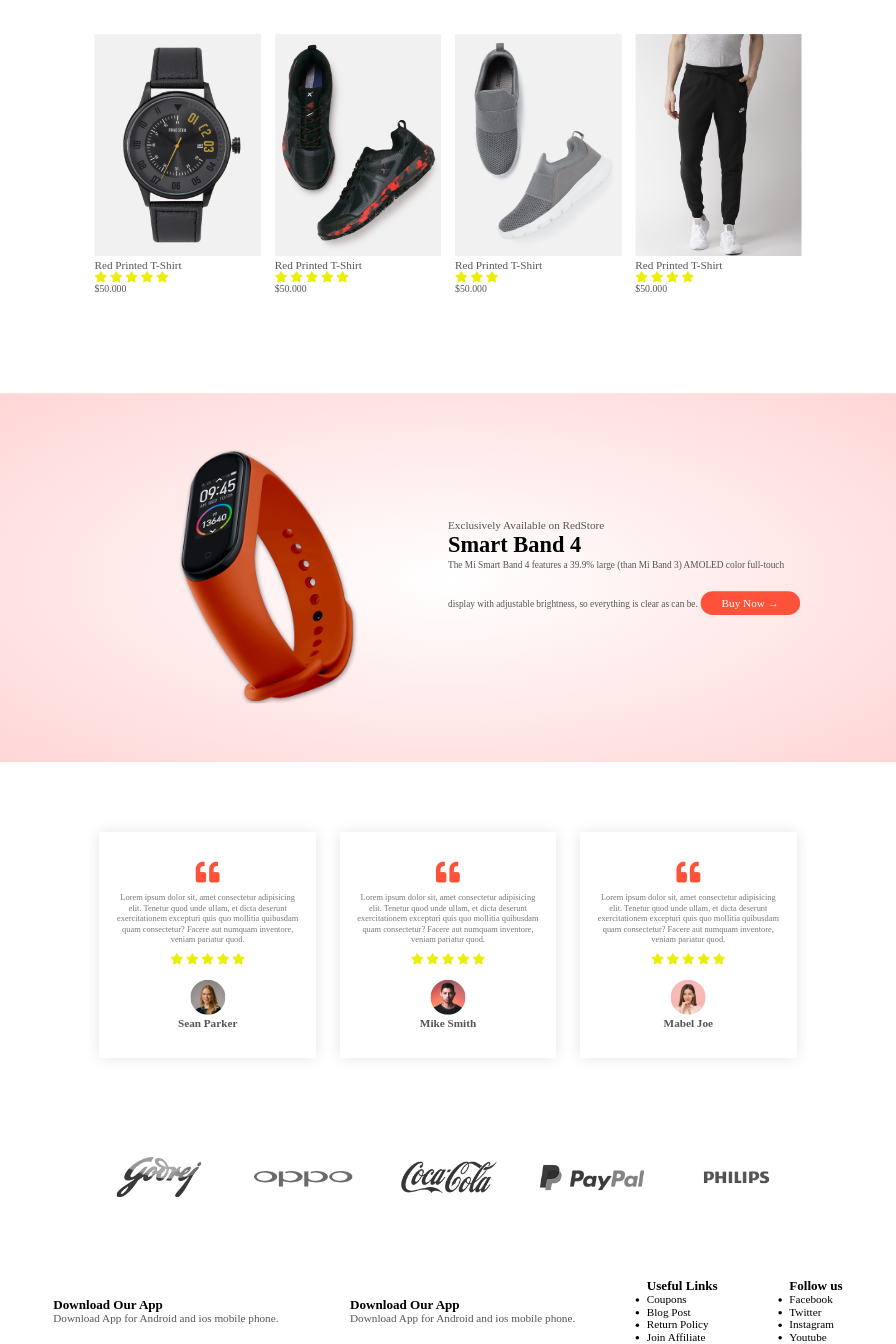
Repository: tuan21052000/Frontend
Page: index.html
The author's editor kept a copy of each file at every save. The page is drawn from the files as they stood at one save, then again after the next save.
The browser window is 1280 px wide. The pictures show the part of the page from y = 2424 to 4344 px (the page is 4344 px tall), at 70% of full size.

Above is the page before, as saved 2022-05-09 21:34:24.

### index.html
<!DOCTYPE html>
<html lang="en">
<head>
    <meta charset="UTF-8">
    <meta http-equiv="X-UA-Compatible" content="IE=edge">
    <meta name="viewport" content="width=device-width, initial-scale=1.0">
    <title>RedStore | Ecommerce Website Design</title>
    <link rel="stylesheet" href="style.css">
    <link href="https://fonts.googleapis.com/css2?family=Poppins:wght@300;400;500;600;700&display=swap" rel="stylesheet">
    <link rel="stylesheet" href="https://use.fontawesome.com/releases/v5.15.4/css/all.css" />
</head>
<body>
    <div class="header">


    <div class="container">
        <div class="navbar">
            <div class="logo">
                <img src="images/logo.png" width="125px">
            </div>
            <nav>
                <ul>
                    <li><a href="">Home</a></li>
                    <li><a href="">Products</a></li>
                    <li><a href="">About</a></li>
                    <li><a href="">Contact</a></li>
                    <li><a href="">Account</a></li>
                </ul>
            </nav>
            <img src="images/cart.png" width="30px" height="30px">
        </div>
        <div class="row">
            <div class="col-2">
                <h1>Give Your Workout <br>A New Style!</h1>
                <p>Success isn't always about greatness.It's about
                consistency. Consistent<br> hard work gains success. Greatness
                will come.
                </p>
                <a href="" class="btn">Explore Now &#8594;</a>
            </div>
            <div class="col-2">
              <img src="images/image1.png">
            </div>
        </div>
    </div>
</div>
<!-- -----Loại sản phẩm------- -->
   <div class="categories">
       <div class="small-container">
        <div class="row">
            <div class="col-3">
                <img src="images/category-1.jpg">
            </div>
            <div class="col-3">
             <img src="images/category-2.jpg">
         </div>
         <div class="col-3">
             <img src="images/category-3.jpg">
         </div>
        </div>
       </div>
   </div>
<!--    -------aaaa------------ -->
<div class="small-container">
    <h2 class="title">Featured Products</h2>
    <div class="row">
    <div class="col-4">
        <img src="images/product-1.jpg">
        <h4>Red Printed T-Shirt</h4>
        <div class="rating">
            <i class="fa fa-star"></i>
            <i class="fa fa-star"></i>
            <i class="fa fa-star"></i>
            <i class="fa fa-star"></i>
            <i class="fa fa-star"></i>
        </div>
        <p>$50.000</p>
    </div>
    <div class="col-4">
        <img src="images/product-2.jpg">
        <h4>Red Printed T-Shirt</h4>
        <div class="rating">
            <i class="fa fa-star"></i>
            <i class="fa fa-star"></i>
            <i class="fa fa-star"></i>
            <i class="fa fa-star"></i>
            <i class="fa fa-star"></i>
        </div>
        <p>$50.000</p>
    </div>
    <div class="col-4">
        <img src="images/product-3.jpg">
        <h4>Red Printed T-Shirt</h4>
        <div class="rating">
            <i class="fa fa-star"></i>
            <i class="fa fa-star"></i>
            <i class="fa fa-star"></i>
            <i class="fa fa-star-half-o"></i>
            <i class="fa fa-star-o"></i>
        </div>
        <p>$50.000</p>
    </div>
    <div class="col-4">
        <img src="images/product-4.jpg">
        <h4>Red Printed T-Shirt</h4>
        <div class="rating">
            <i class="fa fa-star"></i>
            <i class="fa fa-star"></i>
            <i class="fa fa-star"></i>
            <i class="fa fa-star"></i>
            <i class="fa fa-star-o"></i>
        </div>
        <p>$50.000</p>
    </div>
    </div>
    <h2 class="title">Latest Products</h2>
    <div class="row">
        <div class="col-4">
            <img src="images/product-5.jpg">
            <h4>Red Printed T-Shirt</h4>
            <div class="rating">
                <i class="fa fa-star"></i>
                <i class="fa fa-star"></i>
                <i class="fa fa-star"></i>
                <i class="fa fa-star"></i>
                <i class="fa fa-star"></i>
            </div>
            <p>$50.000</p>
        </div>
        <div class="col-4">
            <img src="images/product-6.jpg">
            <h4>Red Printed T-Shirt</h4>
            <div class="rating">
                <i class="fa fa-star"></i>
                <i class="fa fa-star"></i>
                <i class="fa fa-star"></i>
                <i class="fa fa-star"></i>
                <i class="fa fa-star"></i>
            </div>
            <p>$50.000</p>
        </div>
        <div class="col-4">
            <img src="images/product-7.jpg">
            <h4>Red Printed T-Shirt</h4>
            <div class="rating">
                <i class="fa fa-star"></i>
                <i class="fa fa-star"></i>
                <i class="fa fa-star"></i>
                <i class="fa fa-star-half-o"></i>
                <i class="fa fa-star-o"></i>
            </div>
            <p>$50.000</p>
        </div>
        <div class="col-4">
            <img src="images/product-8.jpg">
            <h4>Red Printed T-Shirt</h4>
            <div class="rating">
                <i class="fa fa-star"></i>
                <i class="fa fa-star"></i>
                <i class="fa fa-star"></i>
                <i class="fa fa-star"></i>
                <i class="fa fa-star-o"></i>
            </div>
            <p>$50.000</p>
        </div>
        </div>
        <div class="row">
            <div class="col-4">
                <img src="images/product-9.jpg">
                <h4>Red Printed T-Shirt</h4>
                <div class="rating">
                    <i class="fa fa-star"></i>
                    <i class="fa fa-star"></i>
                    <i class="fa fa-star"></i>
                    <i class="fa fa-star"></i>
                    <i class="fa fa-star"></i>
                </div>
                <p>$50.000</p>
            </div>
            <div class="col-4">
                <img src="images/product-10.jpg">
                <h4>Red Printed T-Shirt</h4>
                <div class="rating">
                    <i class="fa fa-star"></i>
                    <i class="fa fa-star"></i>
                    <i class="fa fa-star"></i>
                    <i class="fa fa-star"></i>
                    <i class="fa fa-star"></i>
                </div>
                <p>$50.000</p>
            </div>
            <div class="col-4">
                <img src="images/product-11.jpg">
                <h4>Red Printed T-Shirt</h4>
                <div class="rating">
                    <i class="fa fa-star"></i>
                    <i class="fa fa-star"></i>
                    <i class="fa fa-star"></i>
                    <i class="fa fa-star-half-o"></i>
                    <i class="fa fa-star-o"></i>
                </div>
                <p>$50.000</p>
            </div>
            <div class="col-4">
                <img src="images/product-12.jpg">
                <h4>Red Printed T-Shirt</h4>
                <div class="rating">
                    <i class="fa fa-star"></i>
                    <i class="fa fa-star"></i>
                    <i class="fa fa-star"></i>
                    <i class="fa fa-star"></i>
                    <i class="fa fa-star-o"></i>
                </div>
                <p>$50.000</p>
            </div>
        </div>
</div>
<!-- ----------offer------------- -->
<div class="offer">
    <div class="small-container">
        <div class="row">
            <div class="col-2">
                <img src="images/exclusive.png" class="offer-img">
            </div>
            <div class="col-2">
               <p>Exclusively Available on RedStore</p>
               <h1>Smart Band 4</h1>
               <small>The Mi Smart Band 4 features a 39.9% large
                   (than Mi Band 3) AMOLED color full-touch display with
                   adjustable brightness, so everything is clear as can
                   be.</small>
               <a href="" class="btn">Buy Now &#8594;</a>
            </div>
        </div>
    </div>
</div>
<!-- -----testi---- -->
       <div class="testimonial">
           <div class="small-container">
               <div class="row">
                   <div class="col-3">
                       <i class="fa fa-quote-left"></i>
                       <p>Lorem ipsum dolor sit, amet consectetur adipisicing elit.
                            Tenetur quod unde ullam, et dicta deserunt exercitationem
                            excepturi quis quo mollitia quibusdam quam consectetur? Facere aut numquam inventore, veniam pariatur quod.</p>
                            <div class="rating">
                                <i class="fa fa-star"></i>
                                <i class="fa fa-star"></i>
                                <i class="fa fa-star"></i>
                                <i class="fa fa-star"></i>
                                <i class="fa fa-star"></i>
                            </div>
                            <img src="images/user-1.png">
                            <h3>Sean Parker</h3>
                   </div>
                   <div class="col-3">
                    <i class="fa fa-quote-left"></i>
                    <p>Lorem ipsum dolor sit, amet consectetur adipisicing elit.
                         Tenetur quod unde ullam, et dicta deserunt exercitationem
                         excepturi quis quo mollitia quibusdam quam consectetur? Facere aut numquam inventore, veniam pariatur quod.</p>
                         <div class="rating">
                             <i class="fa fa-star"></i>
                             <i class="fa fa-star"></i>
                             <i class="fa fa-star"></i>
                             <i class="fa fa-star"></i>
                             <i class="fa fa-star"></i>
                         </div>
                         <img src="images/user-2.png">
                         <h3>Mike Smith</h3>
                </div>
                <div class="col-3">
                    <i class="fa fa-quote-left"></i>
                    <p>Lorem ipsum dolor sit, amet consectetur adipisicing elit.
                         Tenetur quod unde ullam, et dicta deserunt exercitationem
                         excepturi quis quo mollitia quibusdam quam consectetur? Facere aut numquam inventore, veniam pariatur quod.</p>
                         <div class="rating">
                             <i class="fa fa-star"></i>
                             <i class="fa fa-star"></i>
                             <i class="fa fa-star"></i>
                             <i class="fa fa-star"></i>
                             <i class="fa fa-star"></i>
                         </div>
                         <img src="images/user-3.png">
                         <h3>Mabel Joe</h3>
                </div>
               </div>
           </div>
       </div>
<!-- ---------------brands-------------- -->
    <div class="brands">
        <div class="small-container">
            <div class="row">
                <div class="col-5">
                    <img src="images/logo-godrej.png">
                </div>
                <div class="col-5">
                    <img src="images/logo-oppo.png">
                </div>
                <div class="col-5">
                    <img src="images/logo-coca-cola.png">
                </div>
                <div class="col-5">
                    <img src="images/logo-paypal.png">
                </div>
                <div class="col-5">
                    <img src="images/logo-philips.png">
                </div>
            </div>
        </div>
    </div>
<!--------------footer------------------ -->
<div class="footer">
    <div class="container">
        <div class="row">
            <div class="footer-col-1">
                <h3>Download Our App</h3>
                <p>Download App for Android and ios mobile phone.</p>
            </div>
            <div class="footer-col-2">
                <h3>Download Our App</h3>
                <p>Download App for Android and ios mobile phone.</p>
            </div>
            <div class="footer-col-3">
                <h3>Useful Links</h3>
                <ul>
                    <li>Coupons</li>
                    <li>Blog Post</li>
                    <li>Return Policy</li>
                    <li>Join Affiliate</li>
                </ul>
            </div>
            <div class="footer-col-4">
                <h3>Follow us</h3>
                <ul>
                    <li>Facebook</li>
                    <li>Twitter</li>
                    <li>Instagram</li>
                    <li>Youtube</li>
                </ul>
            </div>
        </div>
    </div>
</div>
</body>
</html>

### style.css
* {
    margin: 0;
    padding: 0;
    box-sizing: border-box;
}
.navbar{
   display: flex;
   align-items: center;
   padding: 20px;
}
nav {
    flex: 1;
    text-align: right;
}
nav ul {
    display: inline-block;
    list-style-type: none;
}
nav ul li{
    display: inline-block;
    margin-right: 20px;
}
a {
    text-decoration: none;
    color: #555;
}
p {
    color:#555;
}
.container {
    max-width: 1300px;
    margin: auto;
    padding-left: 25px;
    padding-right:25px;
}
.row {
    display: flex;
    align-items: center;
    flex-wrap: wrap;
    justify-content: space-around;
}
.col-2 {
    flex-basis: 50%;
    min-width: 300px;
}
.col-2 img {
    max-width: 100%;
    padding: 50px 0;
}
.btn {
    display: inline-block;
    background: #ff523b;
    color: #fff;
    padding: 8px 30px;
    margin: 30px 0;
    border-radius: 30px;
    transition: background 0.5s;
}
.btn:hover {
    background: #563434;
}
.header {
    background: radial-gradient(#fff,#ffd6ff);
}
.header .row{
   margin-top: 70px;
}
.categories {
    margin: 70px 0;
}
.col-3{
    flex-basis: 30%;
    min-width: 250px;
    margin-bottom: 30px;
}
.col-3 img{
    width: 100%;
}
.small-container{
    max-width: 1080px;
    margin: auto;
    padding-left: 25px;
    padding-right: 25px;

}
.col-4{
    flex-basis: 25%;
    padding: 10px;
    min-width: 200px;
    margin-bottom: 50px;
    transform: transforn 0.5s;
}
.col-4 img{
    width: 100%;
}
.title{
    text-align: center;
    margin: 0 auto 80px;
    position: relative;
    line-height: 60px;
    color:#555;
}
.title::after{
    content: '';
    background: #ff523b;
    width: 80px;
    height: 5px;
    border-radius: 5px;
    position: absolute;
    bottom: 0;
    left: 50%;
    transform: translateX(-50%);
}
h4{
    color:#555;
    font-weight: normal;
}
.col-4 p{
    font-size: 14px;
}
.rating .fa{
    color: #eaee09;
}
.col-4:hover{
    transform: translateY(-5px); /* tạo hiệu ứng */
}
.offer {
    background: radial-gradient(#fff,#ffd6d6);
    margin-top: 80px;
    padding: 30px 0;
}
.col-2 .offer-img{
    padding: 50px;
}
small{
    color:#555;
}
/* -------------testimonial----------- */
.testimonial{
    padding-top: 100px;
}
.testimonial .col-3 {
    text-align: center;
    padding: 40px 20px;
    box-shadow: 0 0 20px 0px rgba(0,0,0,0.1);
    cursor: pointer;
    transition: transform 0.5s;
}
.testimonial .col-3 img{
    width: 50px;
    margin-top: 20px;
    border-radius: 50%;
}
.testimonial .col-3:hover {
    transform: translateY(-10px);

}
.fa.fa-quote-left{
    font-size: 34px;
    color:#ff523b;
}
.col-3 p{
    font-size: 12px;
    margin: 12px 0;
    color:#777;
}
.testimonial .col-3 h3{
   font-weight: 600;
   color: #555;
   font-size: 16px;
}
/* --------------brands---------------- */
.brands{
    margin: 100px auto;
}
.col-5{
    width: 160px;
}
.col-5 img{
    width:100%;
    cursor: pointer;
    filter: grayscale(100%);
}
.col-5 img:hover{
    filter:grayscale(0);
}
/* ------------footer------------- */

After the next save:
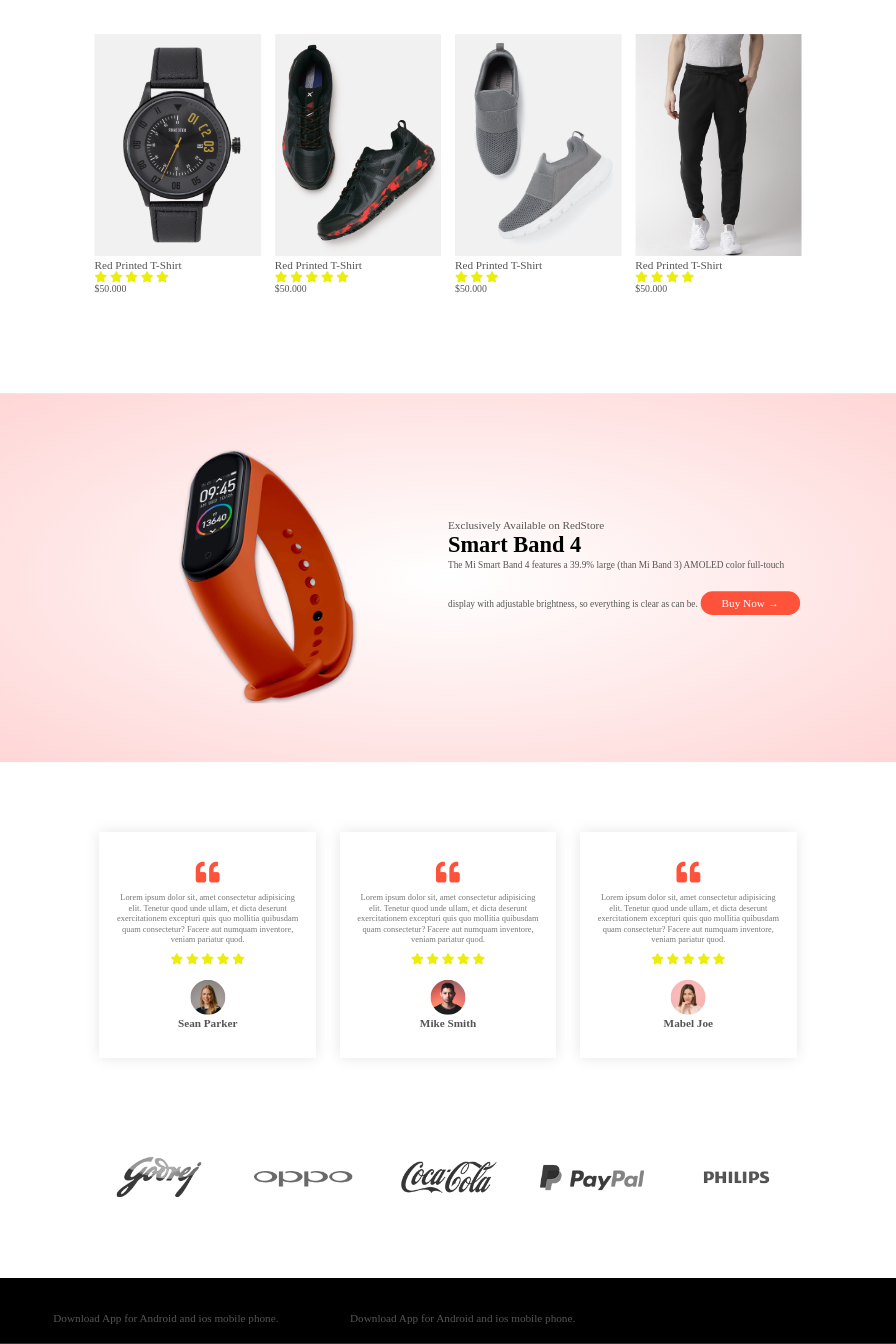
Saved 19 s later.
--- a/style.css
+++ b/style.css
@@ -185,3 +185,6 @@
     filter:grayscale(0);
 }
 /* ------------footer------------- */
+.footer{
+    background: #000;
+}
